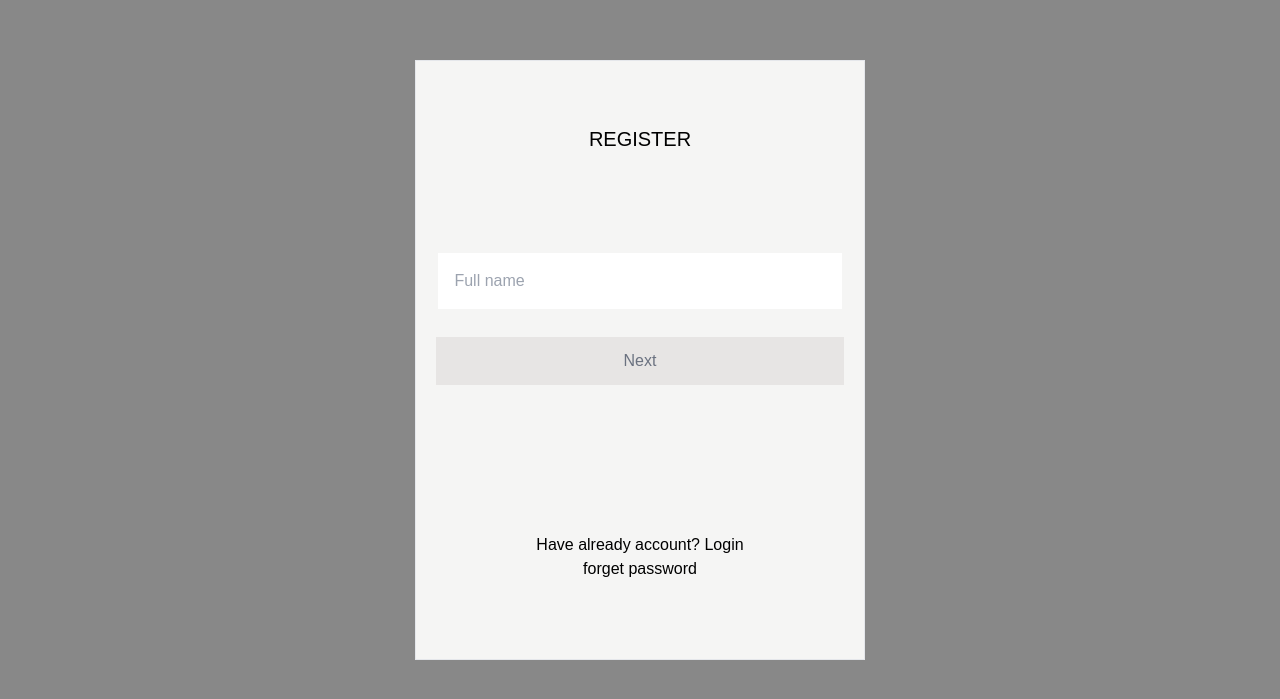
Repository: hsumyatm7308/oop-loginregister-php
Page: http://localhost/register.php
An editor plug-in stored every save of this project. The page is shown before and after the next save, followed by the edit.
The browser window is 1280 px wide. The pictures show the whole page.
Some web libraries are served in a nearby version. The page is run by PHP 8.4 with error messages shown; the project is at /var/www/html/.

Above is the page before, as saved 2023-08-01 19:35:41.

After the next save:
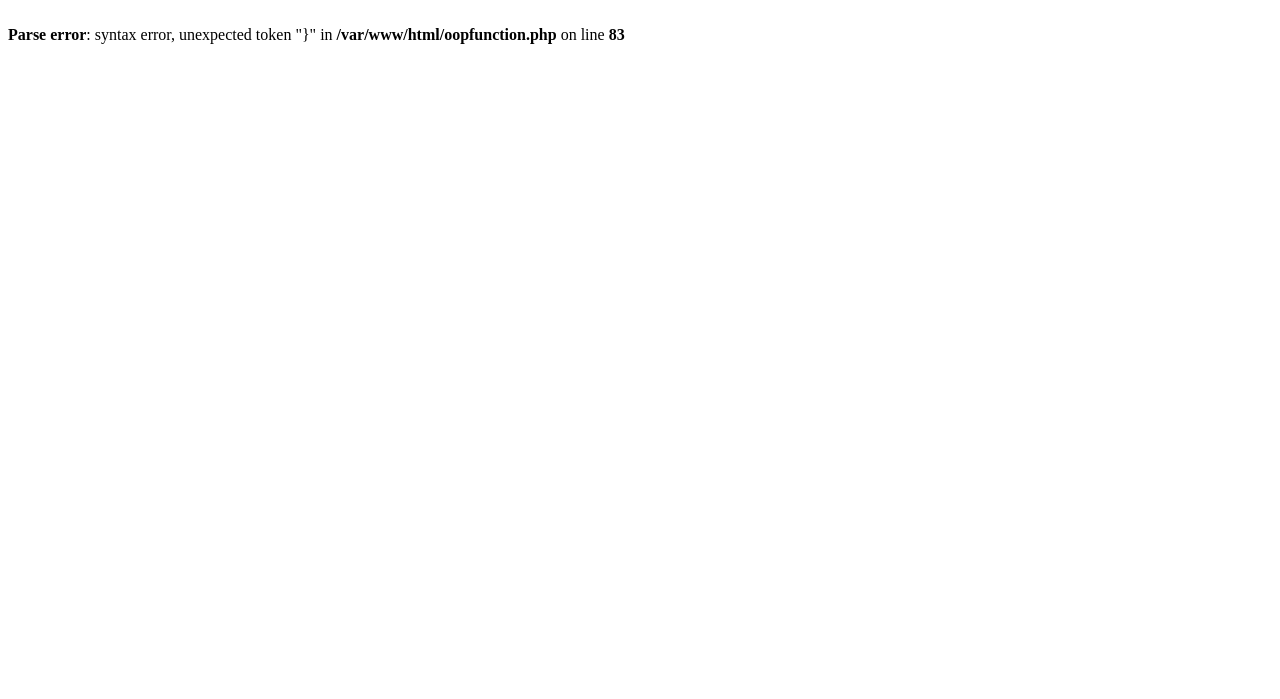
Saved 67 s later.
--- a/oopfunction.php
+++ b/oopfunction.php
@@ -79,6 +79,7 @@
         echo "<div class='alert alert-danger'>Username or email already taken!</div>";
     } elseif ($returnresult == 1) {
         echo "<div class='alert alert-success'>Registration successful!</div>";
+        header("Location : logout.php" )
     } elseif ($returnresult == 100) {
         echo "<div class='alert alert-danger'>Password doesn't match!</div>";
     }

After the save that followed:
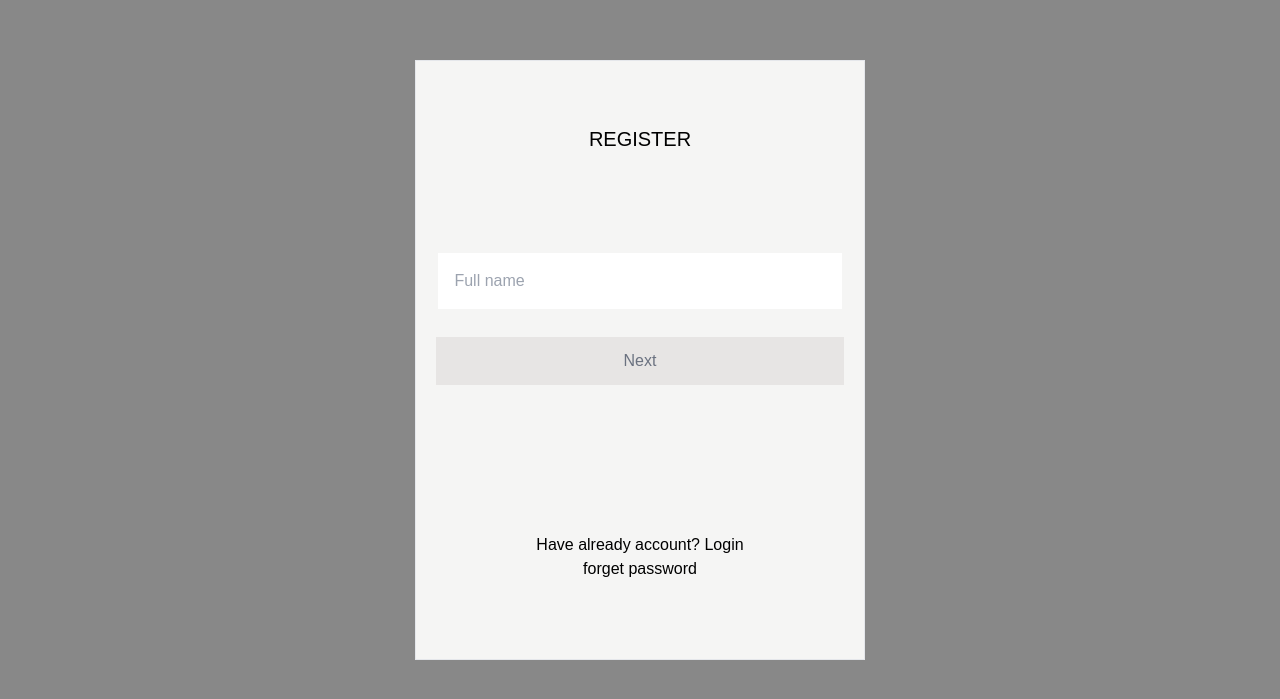
Saved 5 s later.
--- a/oopfunction.php
+++ b/oopfunction.php
@@ -79,7 +79,8 @@
         echo "<div class='alert alert-danger'>Username or email already taken!</div>";
     } elseif ($returnresult == 1) {
         echo "<div class='alert alert-success'>Registration successful!</div>";
-        header("Location : logout.php" )
+        header("Location : logout.php" );
+        exit;
     } elseif ($returnresult == 100) {
         echo "<div class='alert alert-danger'>Password doesn't match!</div>";
     }
